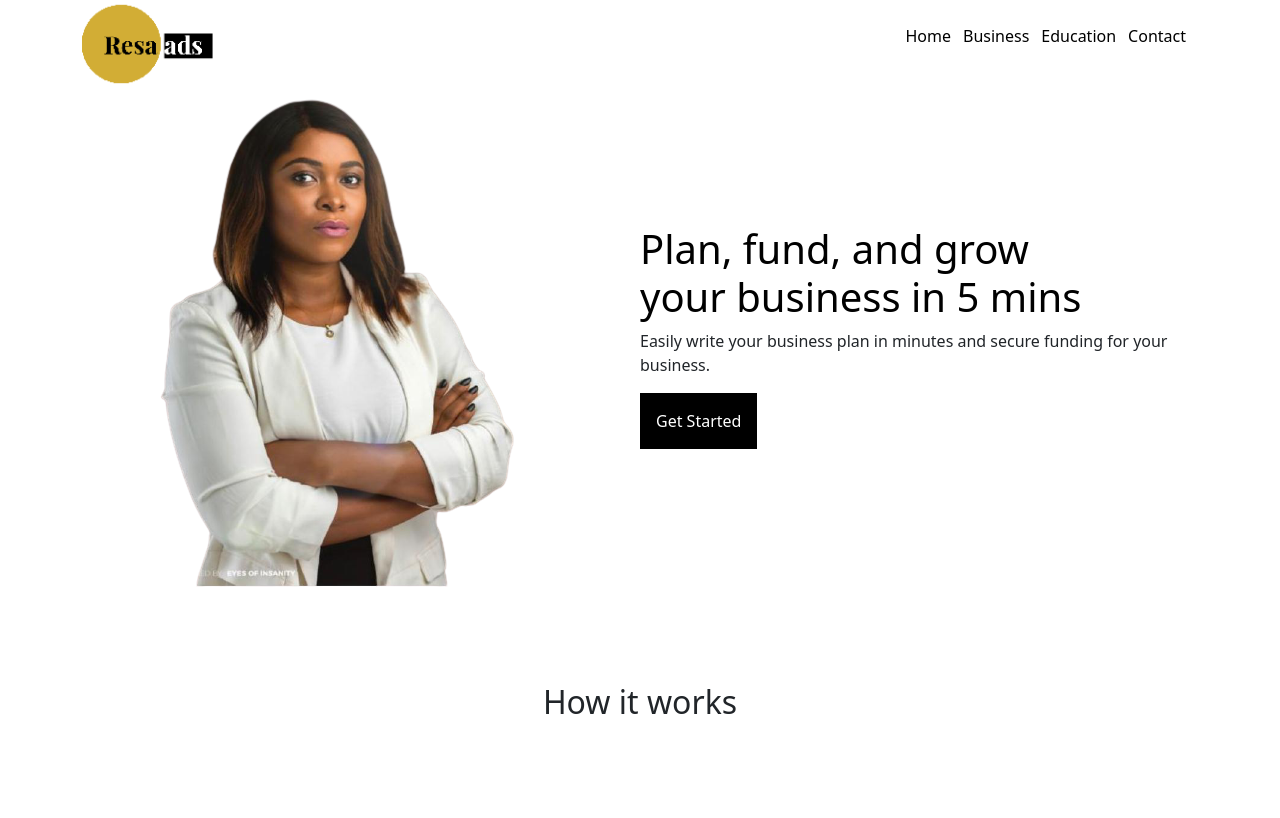
Repository: latenightsnacc/resaads-consults
Page: index.html
These files come from the project's save history. The page is drawn as it stood at one moment and after the next save; the edit follows.
The browser window is 1280 px wide. The pictures show the whole page.
Some web libraries are served in a nearby version.

Above is the page before, as saved 2021-08-05 10:00:06.

After the next save:
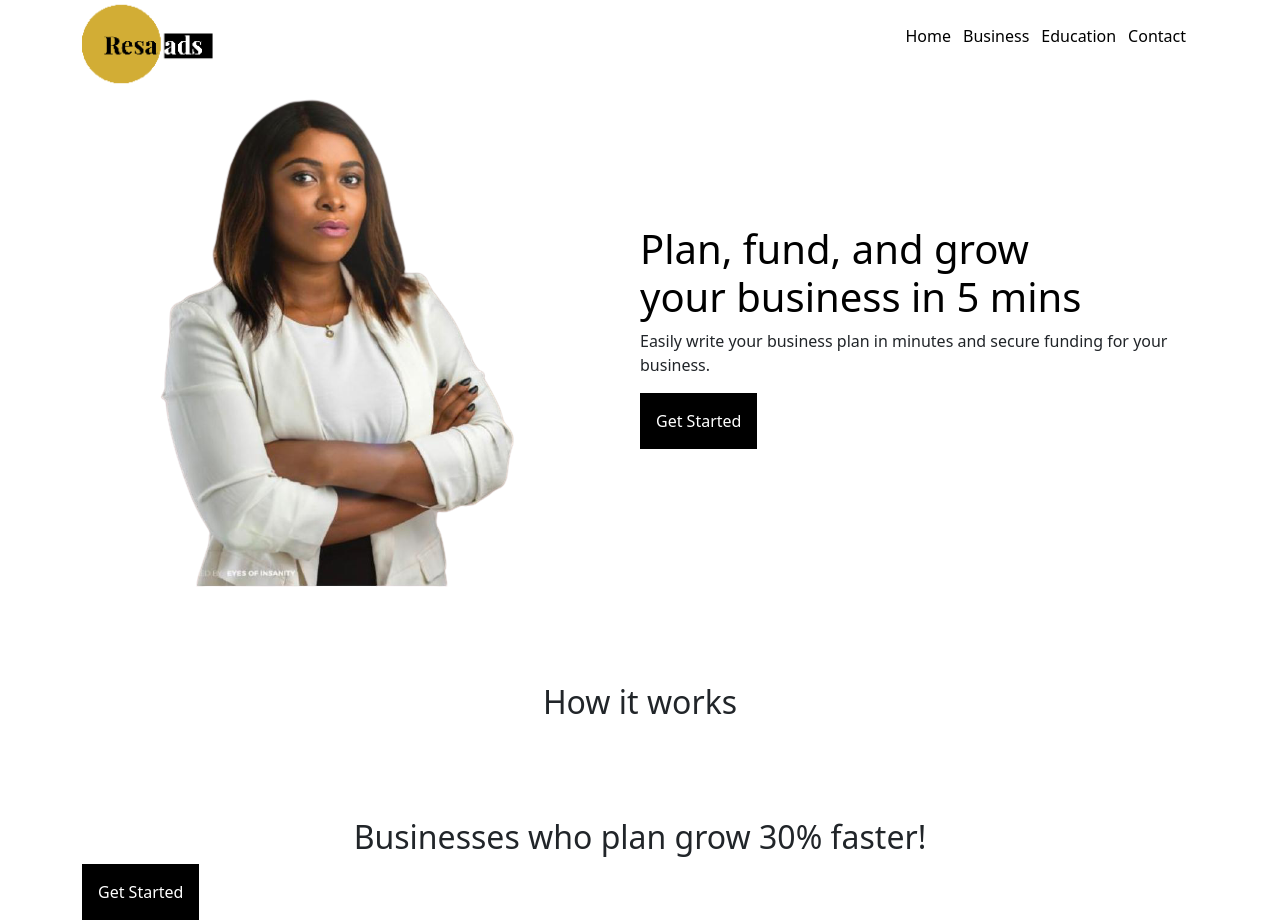
Saved 3 min 24 s later.
--- a/index.html
+++ b/index.html
@@ -76,7 +76,14 @@
         </section>
         <!--Spacer-->
         <div class="my-5"></div>
-        <section></section>
+        <section>
+            <div class="container">
+                <h2 class="text-center">Businesses who plan grow 30% faster!</h2>
+                <a href="#" class="">
+                    <button class="bg-black text-white p-3">Get Started</button>
+                </a>
+            </div>
+        </section>
     </main>
     <footer></footer>
 </body>
